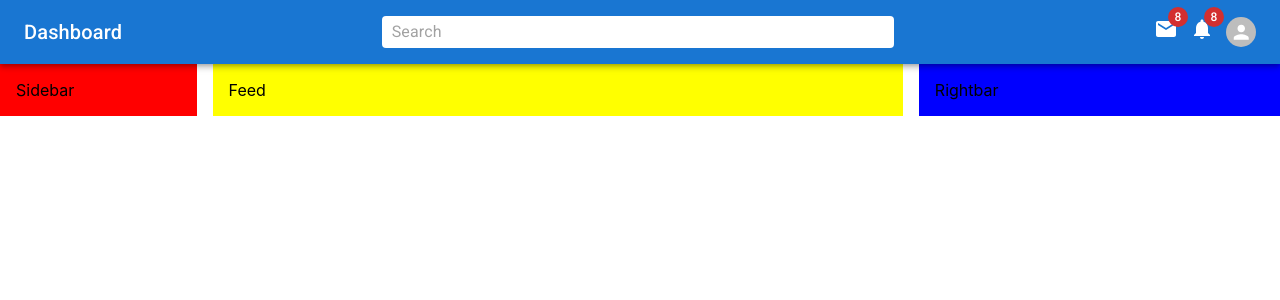
Repository: abubaker-cs/mui5_dashboard
Page: /
These files come from the project's save history. The page is drawn as it stood at one moment and after the next save; the edit follows.
The browser window is 1280 px wide. The pictures show the whole page.
The project was rebuilt for these pictures with package versions that can differ from the ones it lists, and the page was loaded fresh each time. Also part of the build but not shown: src/App.css.

Above is the page before, as saved 2022-07-17 06:24:15.

### public/index.html
<!DOCTYPE html>
<html lang="en">
  <head>
    <meta charset="utf-8" />
    <link rel="icon" href="%PUBLIC_URL%/favicon.ico" />
    <meta name="viewport" content="width=device-width, initial-scale=1" />
    <meta name="theme-color" content="#000000" />
    <meta
      name="description"
      content="Web site created using create-react-app"
    />
    <link rel="apple-touch-icon" href="%PUBLIC_URL%/logo192.png" />

    <link rel="manifest" href="%PUBLIC_URL%/manifest.json" />
    <link
      rel="stylesheet"
      href="https://fonts.googleapis.com/css?family=Roboto:300,400,500,700&display=swap"
    />
    <link
      rel="stylesheet"
      href="https://fonts.googleapis.com/icon?family=Material+Icons"
    />

    <title>React App</title>
  </head>
  <body>
    <noscript>You need to enable JavaScript to run this app.</noscript>
    <div id="root"></div>
  </body>
</html>

### src/App.js
import "./App.css";
import Sidebar from "./components/Sidebar";
import Feed from "./components/Feed";
import Rightbar from "./components/Rightbar";
import { Box, Stack } from "@mui/material";
import Navbar from "./components/Navbar";

function App() {
  return (
    <Box>
      <Navbar />
      <Stack direction="row" spacing={2} justifyContent="space-evenly">
        <Sidebar />
        <Feed />
        <Rightbar />
      </Stack>
    </Box>
  );
}

export default App;

### src/components/Sidebar.jsx
import { Box } from "@mui/material";
import React from "react";

const Sidebar = () => {
  return (
    <Box
      bgcolor="red"
      flex={1}
      p={2}
      sx={{ display: { xs: "none", sm: "block" } }}
    >
      Sidebar
    </Box>
  );
};

export default Sidebar;

### src/components/Feed.jsx
import { Box } from "@mui/material";
import React from "react";

const Feed = () => {
  return (
    <Box bgcolor="yellow" flex={4} p={2}>
      Feed
    </Box>
  );
};

export default Feed;

### src/components/Rightbar.jsx
import { Box } from "@mui/material";
import React from "react";

const Rightbar = () => {
  return (
    <Box
      bgcolor="blue"
      flex={2}
      p={2}
      sx={{ display: { xs: "none", sm: "block" } }}
    >
      Rightbar
    </Box>
  );
};

export default Rightbar;

### src/components/Navbar.jsx
import { Dashboard, Mail, Notifications } from "@mui/icons-material";
import {
  AppBar,
  Toolbar,
  styled,
  Typography,
  Box,
  InputBase,
  Badge,
  Avatar,
} from "@mui/material";
import React from "react";

// Base styles for custom Toolbar wrapper | flex justify = space-between
const StyledToolbar = styled(Toolbar)({
  display: "flex",
  justifyContent: "space-between",
});

//
const Search = styled("div")(({ theme }) => ({
  backgroundColor: "white",
  padding: "0 10px",
  borderRadius: theme.shape.borderRadius,
  width: "40%",
}));

const Icons = styled(Box)(({ theme }) => ({
  display: "flex",
  gap: "12px",
}));

const Navbar = () => {
  return (
    <AppBar position="sticky">
      <StyledToolbar>
        <Typography
          variant="h6"
          sx={{
            display: {
              xs: "none",
              sm: "block",
            },
          }}
        >
          Dashboard
        </Typography>
        <Dashboard
          sx={{
            display: {
              xs: "block",
              sm: "none",
            },
          }}
        />
        <Search>
          <InputBase placeholder="Search" />
        </Search>
        <Icons>
          <Badge badgeContent={8} color="error">
            <Mail />
          </Badge>
          <Badge badgeContent={8} color="error">
            <Notifications />
          </Badge>
          <Avatar sx={{ width: 30, height: 30 }} src="" />
        </Icons>
      </StyledToolbar>
    </AppBar>
  );
};

export default Navbar;

Loaded but not shown: src/index.js (common file); src/index.css (common file)

After the next save:
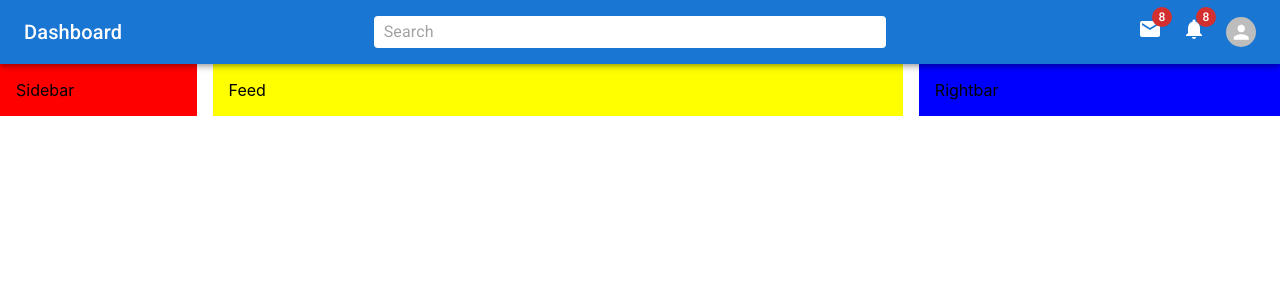
Saved 18 s later.
--- a/src/components/Navbar.jsx
+++ b/src/components/Navbar.jsx
@@ -27,7 +27,7 @@ const Search = styled("div")(({ theme }) => ({
 
 const Icons = styled(Box)(({ theme }) => ({
   display: "flex",
-  gap: "12px",
+  gap: "20px",
 }));
 
 const Navbar = () => {
